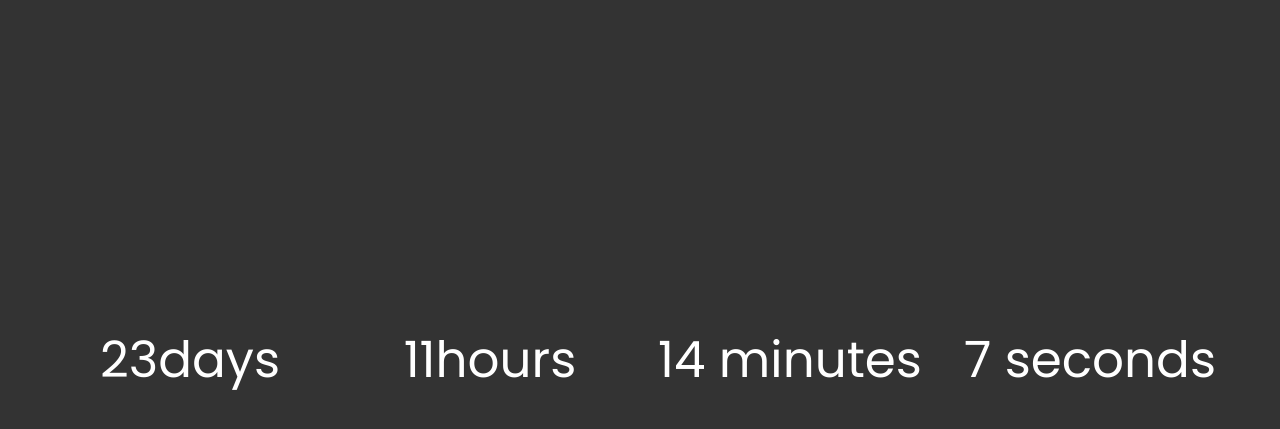
Repository: LeTanTru/All-Code
Page: Countown/index.html
These files come from the project's save history. The page is drawn as it stood at one moment and after the next save; the edit follows.
The browser window is 1280 px wide. The pictures show the whole page.

Above is the page before, as saved 2022-12-29 12:59:34.

### Countown/index.html
<!DOCTYPE html>
<html lang="en">

<head>
    <meta charset="UTF-8">
    <meta http-equiv="X-UA-Compatible" content="IE=edge">
    <meta name="viewport" content="width=device-width, initial-scale=1.0">
    <link rel="icon" type="image/x-icon" href="https://encrypted-tbn0.gstatic.com/images?q=tbn:ANd9GcQIQh1eX0Q6u5cD437ia0Gx8Band5tZZqGc_A&usqp=CAU">
    <title>Countdown</title>
    <link rel="stylesheet" href="./style.css">
    <link rel="preconnect" href="https://fonts.googleapis.com">
    <link rel="preconnect" href="https://fonts.gstatic.com" crossorigin>
    <link href="https://fonts.googleapis.com/css2?family=Poppins:wght@400;500&display=swap" rel="stylesheet">
</head>


<body>
    <div class="wrapper">
        <div class="countdown">
            <h3 class="countdown-css days"></h3>
            <h3 class="countdown-css hours"></h3>
            <h3 class="countdown-css minutes"></h3>
            <h3 class="countdown-css seconds"></h3>
        </div>
    </div>
    <script src="./countdown.js"></script>
</body>

</html>

### Countown/style.css
*,
*::before,
*::after {
  box-sizing: border-box;
}

* {
  margin: 0;
  padding: 0;
  font: inherit;
}

body {
  line-height: 1.5;
}

img,
picture,
video,
canvas,
svg {
  display: block;
  max-width: 100%;
}

input,
button,
textarea,
select {
  outline: none;
}

p,
h1,
h2,
h3,
h4,
h5,
h6 {
  overflow-wrap: break-word;
}

* {
  border: 0;
  padding: 0;
  margin: 0;
  box-sizing: border-box;
}

body {
  background-color: #333;
}

html {
  font-family: "Poppins", sans-serif;
}

.wrapper {
  display: flex;
  align-items: center;
  justify-content: center;
  height: 100vh;
}

.countdown {
  width: 1200px;
  height: 300px;
  border-radius: 15px;
  display: flex;
  transition: all linear 0.5s;
  position: relative;
  color: white;
}

.countdown.open {
  background-color: rgba(100, 73, 74, 0.5);
}

.countdown-css {
  display: inline-block;
  width: 33.33333333%;
  height: 300px;
  line-height: 300px;
  text-align: center;
  font-size: 50px;
  pointer-events: none;
  transition: all linear 0.5s;
  user-select: none;
}

### Countown/countdown.js
const daysEle = document.querySelector(".days");
const hoursEle = document.querySelector(".hours");
const minutesEle = document.querySelector(".minutes");
const secondsEle = document.querySelector(".seconds");

console.log({ daysEle, hoursEle, minutesEle, secondsEle });

const date = new Date();
const dateEnd = new Date("1/22/2023");
const difference = dateEnd.getTime() - date.getTime();
const days = Math.floor(difference / (1000 * 86400));
const hours = Math.floor(difference / (1000 * 3600) - days * 24);
const minutes = Math.floor(
  (difference / (1000 * 3600) - days * 24 - hours) * 60
);
const seconds = Math.floor(
  ((difference / (1000 * 3600) - days * 24 - hours) * 60 - minutes) * 60
);
daysEle.innerText = days;
hoursEle.innerText = hours;
minutesEle.innerText = minutes;
secondsEle.innerText = seconds;

setInterval(() => {
  const date = new Date();
  const dateEnd = new Date("1/22/2023");
  const difference = dateEnd.getTime() - date.getTime();
  const days = Math.floor(difference / (1000 * 86400));
  const hours = Math.floor(difference / (1000 * 3600) - days * 24);
  const minutes = Math.floor(
    (difference / (1000 * 3600) - days * 24 - hours) * 60
  );
  const seconds = Math.floor(
    ((difference / (1000 * 3600) - days * 24 - hours) * 60 - minutes) * 60
  );
  daysEle.innerText = days + "days";
  hoursEle.innerText = hours + "hours";
  minutesEle.innerText = minutes + " minutes";
  secondsEle.innerText = seconds + " seconds";
  // console.log({ days, hours, minutes, seconds });
}, 1000);

After the next save:
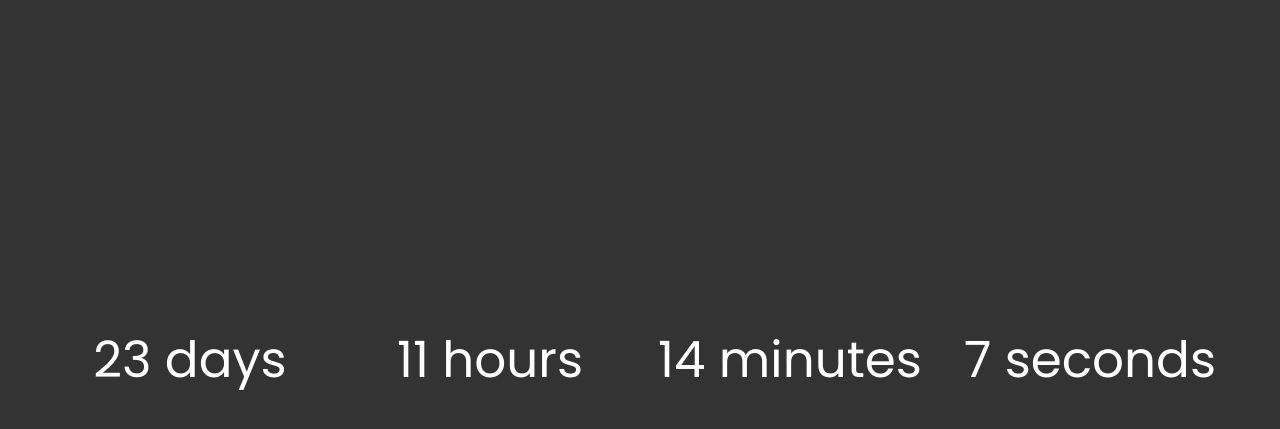
Saved 7 s later.
--- a/Countown/countdown.js
+++ b/Countown/countdown.js
@@ -33,8 +33,8 @@ setInterval(() => {
   const seconds = Math.floor(
     ((difference / (1000 * 3600) - days * 24 - hours) * 60 - minutes) * 60
   );
-  daysEle.innerText = days + "days";
-  hoursEle.innerText = hours + "hours";
+  daysEle.innerText = days + " days";
+  hoursEle.innerText = hours + " hours";
   minutesEle.innerText = minutes + " minutes";
   secondsEle.innerText = seconds + " seconds";
   // console.log({ days, hours, minutes, seconds });
